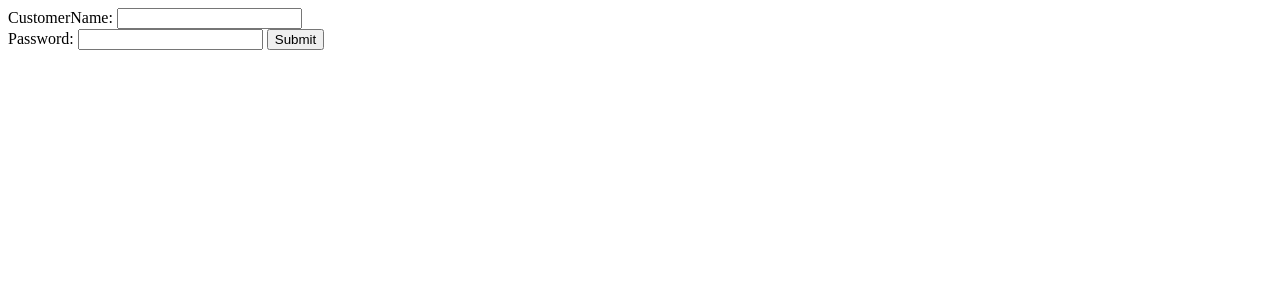
Repository: Rama-13/LaunchPadAllFiles
Page: java-workspace/SecondWebProject/WebContent/Welcome.html
An editor plug-in stored every save of this project. The page is shown before and after the next save, followed by the edit.
The browser window is 1280 px wide. The pictures show the whole page.

Above is the page before, as saved 2019-07-29 06:05:45.

### java-workspace/SecondWebProject/WebContent/Welcome.html
<!DOCTYPE html>
<html>
<head>
<meta charset="ISO-8859-1">
<title>Product Project</title>
</head>
<body>
<form action = "products.html">
CustomerName: <input type = "text" name = "customerName"></br>
   Password: <input type = "text" id = "password" name = "password">
<input type = "submit" name = "Login">

</form>

</body>
</html>

After the next save:
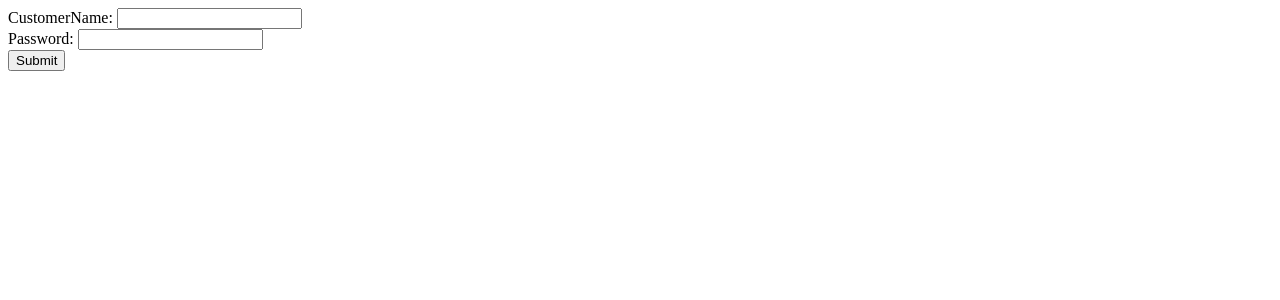
Saved 11 s later.
--- a/java-workspace/SecondWebProject/WebContent/Welcome.html
+++ b/java-workspace/SecondWebProject/WebContent/Welcome.html
@@ -7,7 +7,7 @@
 <body>
 <form action = "products.html">
 CustomerName: <input type = "text" name = "customerName"></br>
-   Password: <input type = "text" id = "password" name = "password">
+   Password: <input type = "text" id = "password" name = "password"></br>
 <input type = "submit" name = "Login">
 
 </form>
